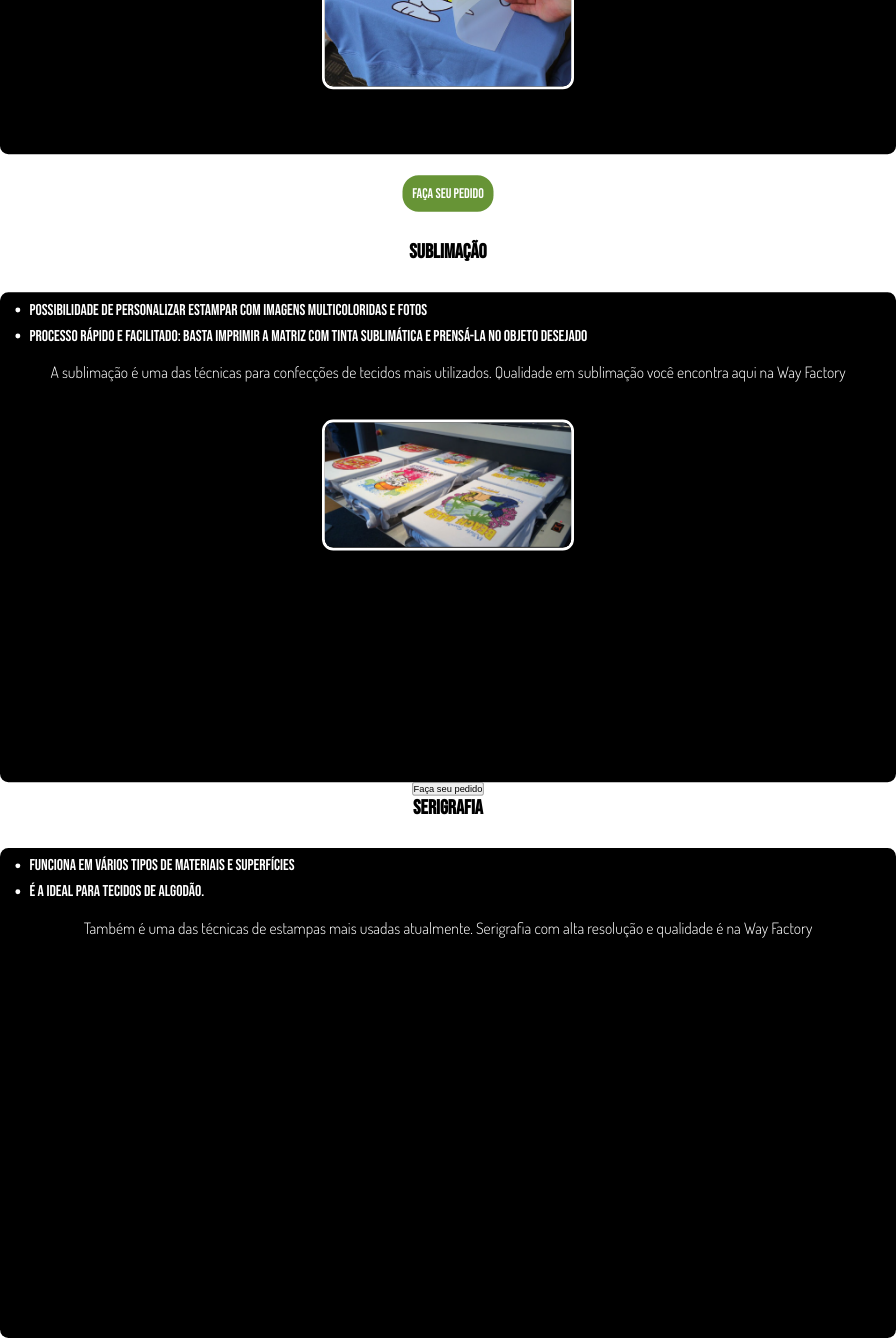
Repository: Leonngc/way-factory
Page: index.html
An editor plug-in stored every save of this project. The page is shown before and after the next save, followed by the edit.
The browser window is 1280 px wide. The pictures show the part of the page from y = 1169 to 3089 px (the page is 3625 px tall before and 3629 px after), at 70% of full size.
Some icons come from a web library that is not loaded, so they are not drawn.

Above is the page before, as saved 2023-02-08 22:44:07.

### index.html
<!DOCTYPE html>
<html lang="pt-br">
  <head>
    <meta charset="UTF-8" />
    <meta http-equiv="X-UA-Compatible" content="IE=edge" />
    <meta name="viewport" content="width=device-width, initial-scale=1.0" />
    <link rel="shortcut icon" href="favicon.ico" type="image/x-icon" />
    <link
      rel="stylesheet"
      href="https://cdn-uicons.flaticon.com/uicons-bold-rounded/css/uicons-bold-rounded.css"
    />
    <link rel="stylesheet" href="styles/index.css">
    <title>Way Factory</title>
  </head>
  <body>
    <header>
      <img src="" alt="" id="logo" />
      <menu>
        <button id="menu-burguer"><i class="fi fi-br-menu-burger" ></i></button>
        <ul id="links-menu">
          <li><a href="about.html">Sobre</a></li>
          <li><a href="order.html">Como fazer seu pedido</a></li>
          <li><a href="contacts.html">Contatos</a></li>
        </ul>
      </menu>
    </header>

    <main>
      <div class="container-slogan">
        <div class="slogans">
          <h2>CONFIABILIDADE</h2>
          <p>
            Trabalhamos lado-a-lado com você, cumprindo nossos serviços com
            agilidade, qualidade e paixão pelo o que fazemos
          </p>
        </div>

        <div class="slogans">
          <h2>QUALIDADE</h2>
          <p>
            A Way Factory preza pela alta qualidade da sua personalização
            utilizando as técnicas mais modernas do mercado
          </p>
        </div>

        <div class="slogans">
          <h2>DO SEU JEITO</h2>
          <p>
            Fazemos a personalização exatamente do seu jeito contando com a
            nossa equipe para ajudá-lo na hora do pedido.
          </p>
        </div>
      </div>

      <section>
        <h2>NOSSOS SERVIÇOS</h2>
        <div  class="container-services">
          <h3>ESTAMPAS EM DTF</h3>
          <div>
            <ul>
              <li>DURABILIDADE</li>
              <li>É POSSÍVEL ESTAMPAR NOS MAIS DIVERSOS TECIDOS</li>
              <li>ACABAMENTO MACIO</li>
            </ul>

            <p>
              Todas essas são as principais características de estampas no tipo
              DTF. A Way Factory tem as melhores máquinas para entregar um
              produto de qualidade e beleza
              <div class="container-img"><img src="images/dtf.png" alt="Imagem de uma estampa em DTF" /></div>
            </p>
          </div>
         <button>Faça seu pedido</button>
        </div>

        <div class="container-services">
          <h3>SUBLIMAÇÃO</h3>
          <div>
            <ul>
              <li>
                Possibilidade de personalizar estampar com imagens
                multicoloridas e fotos
              </li>
              <li>
                Processo rápido e facilitado: basta imprimir a matriz com tinta
                sublimática e prensá-la no objeto desejado
              </li>
            </ul>
            <p>
              A sublimação é uma das técnicas para confecções de tecidos mais
              utilizados. Qualidade em sublimação você encontra aqui na Way
              Factory
              <div class="container-img"><img src="images/sublimacao.png" alt="Imagem de uma estampa em sublimação" /></div>
            </p>
          </div>
        </div>

        <button>Faça seu pedido</button>

        <div class="container-services">
            <h3>SERIGRAFIA</h3>
            <div>
                <ul>
                    <li>Funciona em vários tipos de materiais e superfícies</li>
                    <li>é a ideal para tecidos de algodão.</li>
                </ul>
                <p>Também é uma das técnicas de estampas mais usadas atualmente. Serigrafia com alta resolução e qualidade é na Way Factory</p>
            </div>
          <img src="" alt=""/>
        </div>
        <button>Faça seu pedido</button>
      </section>
    </main>
        <div>
            <img src="images/180_camiseta_de_algodao_preta_p_m_g_gg_931_1_91c3eb3d1cbb91f6ca1f162f1c7263c0.png" alt="">
        </div>
    <footer>
      <ul>
        <li>Endereço</li>
        <li>Telefone</li>
        <li>Instagram</li>
      </ul>
    </footer>
  </body>
</html>

### styles/index.css
@charset "UTF-8";

@import url('https://fonts.googleapis.com/css2?family=Bebas+Neue&display=swap');
@import url('https://fonts.googleapis.com/css2?family=Dosis:wght@300&display=swap');

:root{
    --bebas-neue: 'Bebas Neue', cursive;
    --dosis:'Dosis', sans-serif;
}

*{
    margin: 0px;
    padding: 0px;
    box-sizing: border-box;
}

header{
    background-color: black;
    height: 20vh;
    max-width: 100vw;
    width: 100vw;
    margin-bottom: 25px;
}
#menu-burguer{
    background-color: rgba(245, 245, 220, 0);
    color: white;
    font-size: 30px;
    padding: 9px;
}
#links-menu{
    background-color: white;
    max-width: 100vw;
    width: 100vw;
    display: none;
}
menu > ul > li > a{
    color: rgb(3, 3, 3);
    font-family: var(--bebas-neue);
    font-size: 18px;
    margin-left: 20px;
}

menu > ul > li{
    list-style: circle;
    padding: 6px;
}
.container-slogan{
    margin: 40px;
}
.slogans{
    text-align: center;
    font-family: var(--bebas-neue);
    margin-top: 25px;
}

.slogans > h2{
    font-size: 1.8em;
}

.slogans > p{
    font-size: 1.6em;
    font-family: var(--dosis);
}

section{
    text-align: center;
    margin-top: 100px;
}

section > h2{
    font-family: var(--bebas-neue);
    padding: 20px;
    font-size: 2em;
    text-decoration: underline;
}


.container-services > h3{
    font-family: var(--bebas-neue);
    font-size: 1.8em;
}

.container-services > div{
    margin-top: 40px;
    background-color: black;
    color: white;
    height: 700px;
    padding: 12px;
    border-radius: 12px;
}

.container-services > div > ul > li{
    text-align: left;
    margin-left: 30px;
    margin-bottom: 10px;
    font-size: 1.4em;
    font-family: var(--bebas-neue);
}

.container-services > div > p{
    font-family: var(--dosis);
    font-size: 1.4em;
    padding: 14px;
    margin-bottom: 40px;
}

.container-img > img{
    border: 4px solid white;
    border-radius: 16px;
    width: 360px;
}

.container-services > button{
    margin-top: 30px;
    margin-bottom: 40px;
    background-color: #679436;
    padding: 14px;
    border: none;
    color: white;
    font-family: var(--bebas-neue);
    font-size: 20px;
    border-radius: 23px;
}

After the next save:
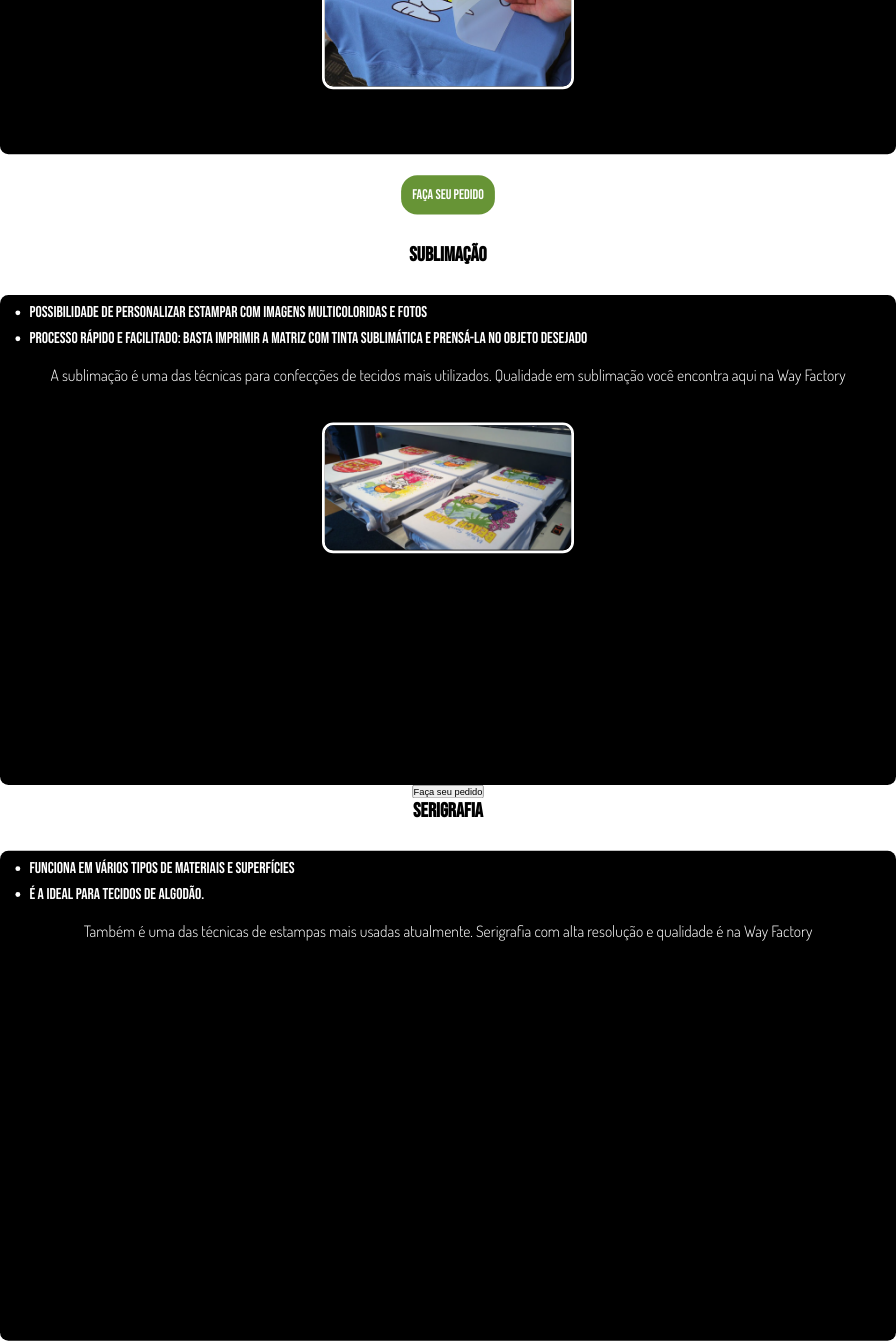
Saved 7 s later.
--- a/styles/index.css
+++ b/styles/index.css
@@ -114,7 +114,7 @@
     margin-top: 30px;
     margin-bottom: 40px;
     background-color: #679436;
-    padding: 14px;
+    padding: 16px;
     border: none;
     color: white;
     font-family: var(--bebas-neue);
